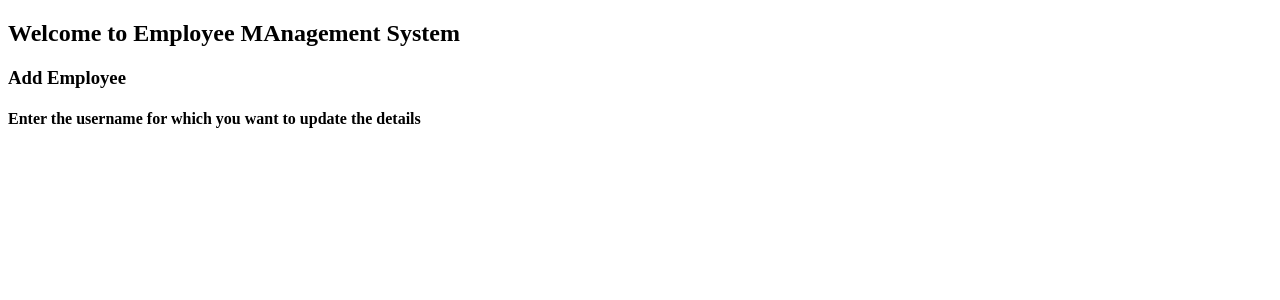
Repository: aamir5773/Spring
Page: http://localhost/SpringMvcEmployeeManagement-1WithJdbc/WEB-INF/pages/ModifyEmployee.jsp
These files come from the project's save history. The page is drawn as it stood at one moment and after the next save; the edit follows.
The browser window is 1280 px wide. The pictures show the whole page.
The page is served by Tomcat 9. Nobody is signed in. Other server files are loaded and not shown. The template is opened directly, without the code that normally fills it, so the values that code supplies are empty.

Above is the page before, as saved 2019-11-14 09:20:20.

### SpringMvcEmployeeManagement-1WithJdbc/WebContent/WEB-INF/pages/ModifyEmployee.jsp
<%@ page language="java" contentType="text/html; charset=ISO-8859-1"
    pageEncoding="ISO-8859-1"%>
<!DOCTYPE html PUBLIC "-//W3C//DTD HTML 4.01 Transitional//EN" "http://www.w3.org/TR/html4/loose.dtd">
<html>
<head>
<meta http-equiv="Content-Type" content="text/html; charset=ISO-8859-1">
<title>Modify Employee</title>
</head>
<body>
<h2>Welcome to Employee MAnagement System</h2>
<h3>Add Employee</h3>
<form action="modifyEmployee.do" method="post"></form>
<h4>Enter the username for which you want to update the details</h4>
</body>
</html>

After the next save:
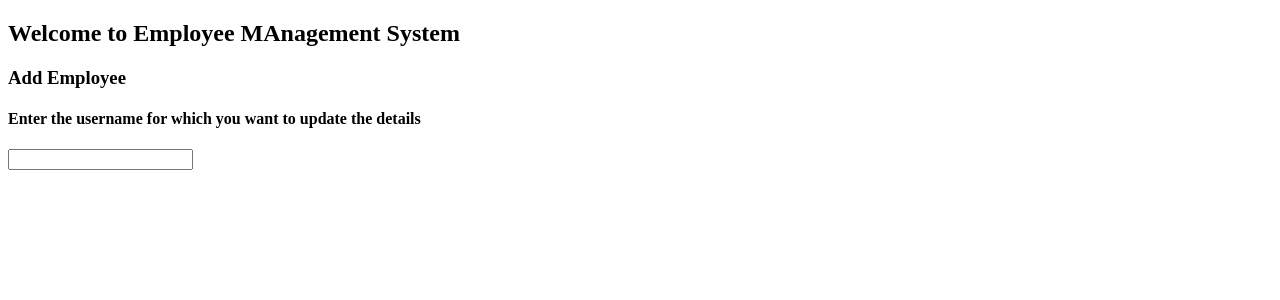
Saved 27 s later.
--- a/SpringMvcEmployeeManagement-1WithJdbc/WebContent/WEB-INF/pages/ModifyEmployee.jsp
+++ b/SpringMvcEmployeeManagement-1WithJdbc/WebContent/WEB-INF/pages/ModifyEmployee.jsp
@@ -11,5 +11,6 @@
 <h3>Add Employee</h3>
 <form action="modifyEmployee.do" method="post"></form>
 <h4>Enter the username for which you want to update the details</h4>
+<input type="text" name="employeeid">
 </body>
 </html>
